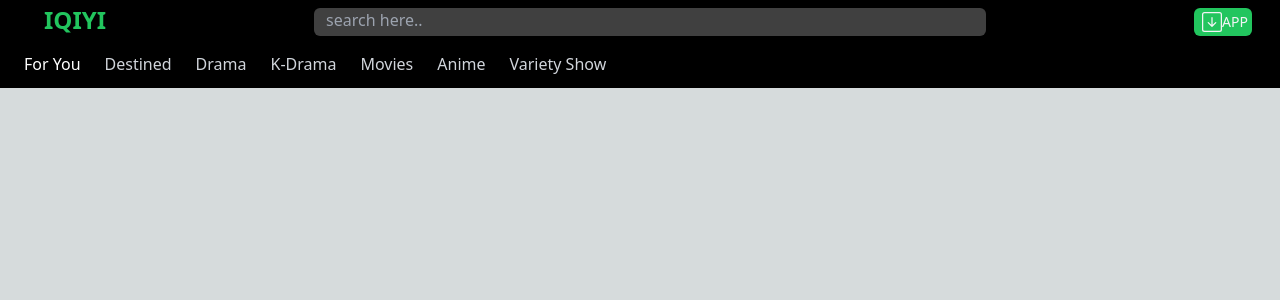
Repository: cozocozy/iqiyi-clone
Page: /
An editor plug-in stored every save of this project. The page is shown before and after a run of saves, followed by the edit.
The browser window is 1280 px wide. The pictures show the whole page.
The project was rebuilt for these pictures with package versions that can differ from the ones it lists, and the page was loaded fresh each time. The framework's server and built-in components were replaced by stand-ins that run in the browser. Also part of the build but not shown: next.config.js.

Above is the page before, as saved 2023-07-16 10:36:22.

### pages/index.tsx
import Head from "next/head";
import Header from "./components/Header";

export default function Home() {
  return (
    <main>
      <Head>
        <title>IQIYI - watch Asian drama shows anime movie free online</title>
        <meta name="description" content="CLONE OF IQIYI WEBSITE" />
      </Head>
      <Header />
    </main>
  );
}

### styles/globals.css
@tailwind base;
@tailwind components;
@tailwind utilities;

:root {
  --foreground-rgb: 0, 0, 0;
  --background-start-rgb: 214, 219, 220;
  --background-end-rgb: 255, 255, 255;
}

@media (prefers-color-scheme: dark) {
  :root {
    --foreground-rgb: 255, 255, 255;
    --background-start-rgb: 0, 0, 0;
    --background-end-rgb: 0, 0, 0;
  }
}
.container-snap::-webkit-scrollbar {
  display: none;
}

body {
  color: rgb(var(--foreground-rgb));
  background: linear-gradient(to bottom, transparent, rgb(var(--background-end-rgb))) rgb(var(--background-start-rgb));
}

@layer components {
  .pages {
    @apply hover:text-green-500;
  }
}

### pages/components/Header.tsx
import React from "react";
import { BsArrowDownSquare, BsSearch } from "react-icons/bs";
import { AiOutlineMenu } from "react-icons/ai";
import Link from "next/link";
type Props = {};

function Header({}: Props) {
  return (
    <div className="fixed top-0 z-50 bg-black w-full">
      <div className="flex justify-between items-center py-1 ">
        <div className="flex ml-4 mx-3 lg:hidden">
          <AiOutlineMenu size={20} className="mt-2" />
          <h3 className="text-2xl text-green-500 font-bold ml-2 ">IQIYI</h3>
        </div>
        <div className="flex justify-center items-center w-full mt-1 ">
          {/* <button className="absolute border-l border-gray-500 ml-60 p-1 px-4">
            <BsSearch />
          </button> */}
          <input className="rounded rounded-md bg-neutral-700 w-full max-w-2xl pl-3 pb-1" placeholder="search here.." autoComplete="off"></input>
        </div>
        <button className="flex flex-row mr-7 mt-1 rounded rounded-md p-1 w-16 mx-3 bg-green-500 text-gray-100 justify-evenly items-center">
          <div className="ml-1">
            <BsArrowDownSquare size={20} />
          </div>
          <p className="text-sm">APP</p>
        </button>
      </div>
      <div className="flex flex-row  p-3 overflow-x-auto container-snap whitespace-nowrap space-x-6 ml-3 text-gray-300">
        <Link href="#" className="text-white pages">
          For You
        </Link>
        <Link href="#" className=" pages">
          Destined
        </Link>
        <Link href="#" className=" pages">
          Drama
        </Link>
        <Link href="#" className=" pages">
          K-Drama
        </Link>
        <Link href="#" className=" pages">
          Movies
        </Link>
        <Link href="#" className=" pages">
          Anime
        </Link>
        <Link href="#" className=" pages">
          Variety Show
        </Link>
      </div>
    </div>
  );
}

export default Header;

### tailwind.config.js
/** @type {import('tailwindcss').Config} */
module.exports = {
  content: ["./pages/**/*.{js,ts,jsx,tsx,mdx}", "./components/**/*.{js,ts,jsx,tsx,mdx}", "./app/**/*.{js,ts,jsx,tsx,mdx}"],
  theme: {
    extend: {
      backgroundImage: {
        "gradient-radial": "radial-gradient(var(--tw-gradient-stops))",
        "gradient-conic": "conic-gradient(from 180deg at 50% 50%, var(--tw-gradient-stops))",
      },
    },
    screens: {
      tablet: "<-640px",
      // => @media (min-width: 640px) { ... }

      laptop: "1024px",
      // => @media (min-width: 1024px) { ... }

      desktop: "1280px",
      // => @media (min-width: 1280px) { ... }
    },
  },
  plugins: [],
};

Loaded but not shown: pages/_app.tsx (common file); pages/_document.tsx (common file)

After the next 4 saves:
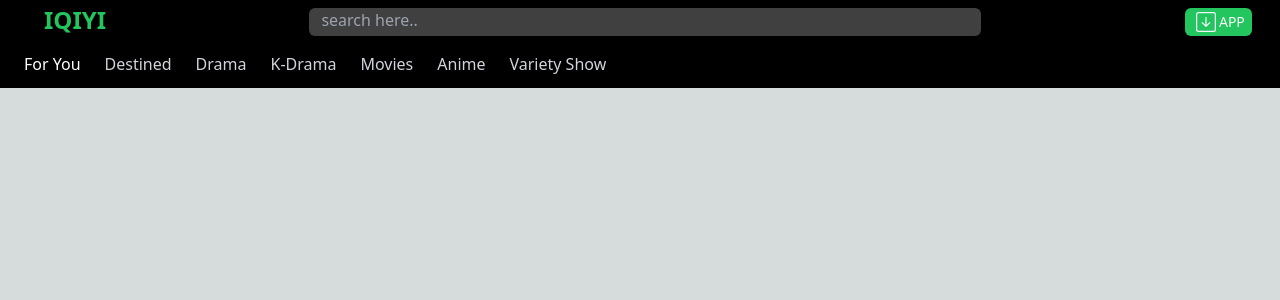
The 4 saves are shown as one change because they came seconds apart.
The last was saved 11 s later.
--- a/pages/components/Header.tsx
+++ b/pages/components/Header.tsx
@@ -18,7 +18,7 @@
           </button> */}
           <input className="rounded rounded-md bg-neutral-700 w-full max-w-2xl pl-3 pb-1" placeholder="search here.." autoComplete="off"></input>
         </div>
-        <button className="flex flex-row mr-7 mt-1 rounded rounded-md p-1 w-16 mx-3 bg-green-500 text-gray-100 justify-evenly items-center">
+        <button className="flex flex-row mr-7 mt-1 rounded rounded-md p-1 w-20 mx-3 bg-green-500 text-gray-100 justify-evenly items-center">
           <div className="ml-1">
             <BsArrowDownSquare size={20} />
           </div>
